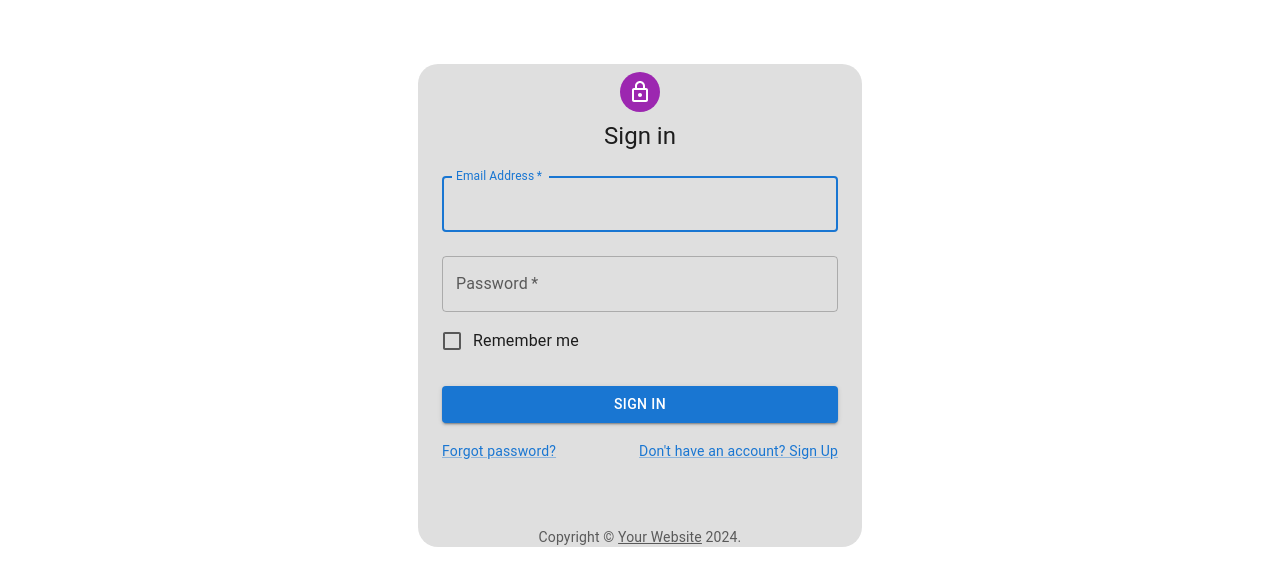
Repository: Milith97/Book-Borrowing-System
Page: /
The author's editor kept a copy of each file at every save. The page is drawn from the files as they stood at one save, then again after the next save.
The browser window is 1280 px wide. The pictures show the whole page.
The project was rebuilt for these pictures with package versions that can differ from the ones it lists, and the page was loaded fresh each time. Also part of the build but not shown: vite.config.js, src/Componnts/SignUp.jsx, src/index.css.

Above is the page before, as saved 2024-03-25 13:37:04.

### src/App.jsx
import React from 'react';
import { BrowserRouter as Router, Route, Routes, Navigate } from 'react-router-dom';
import SignIn from './Componnts/SignIn';
import SignUp from './Componnts/SignUp';

function App() {
  return (
    <Router>
      <Routes>
        <Route path="/" element={<Navigate replace to="/signin" />} />
        <Route path="/signin" element={<SignIn />} />
        <Route path="/signup" element={<SignUp />} />
        {/* Redirects any other path to /signin */}
        <Route path="*" element={<Navigate replace to="/signin" />} />
      </Routes>
    </Router>
  );
}

export default App;

### src/Componnts/SignIn.jsx
import * as React from 'react';
import Avatar from '@mui/material/Avatar';
import Button from '@mui/material/Button';
import CssBaseline from '@mui/material/CssBaseline';
import TextField from '@mui/material/TextField';
import FormControlLabel from '@mui/material/FormControlLabel';
import Checkbox from '@mui/material/Checkbox';
import Link from '@mui/material/Link';
import Grid from '@mui/material/Grid';
import Box from '@mui/material/Box';
import LockOutlinedIcon from '@mui/icons-material/LockOutlined';
import Typography from '@mui/material/Typography';
import Container from '@mui/material/Container';
import { Link as RouterLink } from 'react-router-dom';
import { createTheme, ThemeProvider } from '@mui/material/styles';

function Copyright(props) {
  return (
    <Typography variant="body2" color="text.secondary" align="center" {...props}>
      {'Copyright © '}
      <Link color="inherit" href="https://mui.com/">
        Your Website
      </Link>{' '}
      {new Date().getFullYear()}
      {'.'}
    </Typography>
  );
}

// TODO remove, this demo shouldn't need to reset the theme.

const defaultTheme = createTheme();

export default function SignIn() {
  const handleSubmit = (event) => {
    event.preventDefault();
    const data = new FormData(event.currentTarget);
    console.log({
      email: data.get('email'),
      password: data.get('password'),
    });
  };

  return (
    <ThemeProvider theme={defaultTheme}>
      <Container component="main" maxWidth="xs" sx={{ backgroundColor: '#dfdfdf',borderRadius:5,}}>
        <CssBaseline />
        <Box
          sx={{
            marginTop: 8,
            display: 'flex',
            flexDirection: 'column',
            alignItems: 'center',

          }}
        >
          <Avatar sx={{ m: 1, bgcolor: 'secondary.main' }}>
            <LockOutlinedIcon />
          </Avatar>
          <Typography component="h1" variant="h5">
            Sign in
          </Typography>
          <Box component="form" onSubmit={handleSubmit} noValidate sx={{ mt: 1 }}>
            <TextField
              margin="normal"
              required
              fullWidth
              id="email"
              label="Email Address"
              name="email"
              autoComplete="email"
              autoFocus
            />
            <TextField
              margin="normal"
              required
              fullWidth
              name="password"
              label="Password"
              type="password"
              id="password"
              autoComplete="current-password"
            />
            <FormControlLabel
              control={<Checkbox value="remember" color="primary" />}
              label="Remember me"
            />
            <Button
              type="submit"
              fullWidth
              variant="contained"
              sx={{ mt: 3, mb: 2 }}
            >
              Sign In
            </Button>
            <Grid container>
              <Grid item xs>
                <Link href="#" variant="body2">
                  Forgot password?
                </Link>
              </Grid>
              <Grid item>
                <Link component={RouterLink} to="/signup" variant="body2">
                  {"Don't have an account? Sign Up"}
                </Link>
              </Grid>
            </Grid>
          </Box>
        </Box>
        <Copyright sx={{ mt: 8, mb: 4 }} />
      </Container>
    </ThemeProvider>
  );
}

Loaded but not shown: index.html (common file); src/main.jsx (common file)

After the next save:
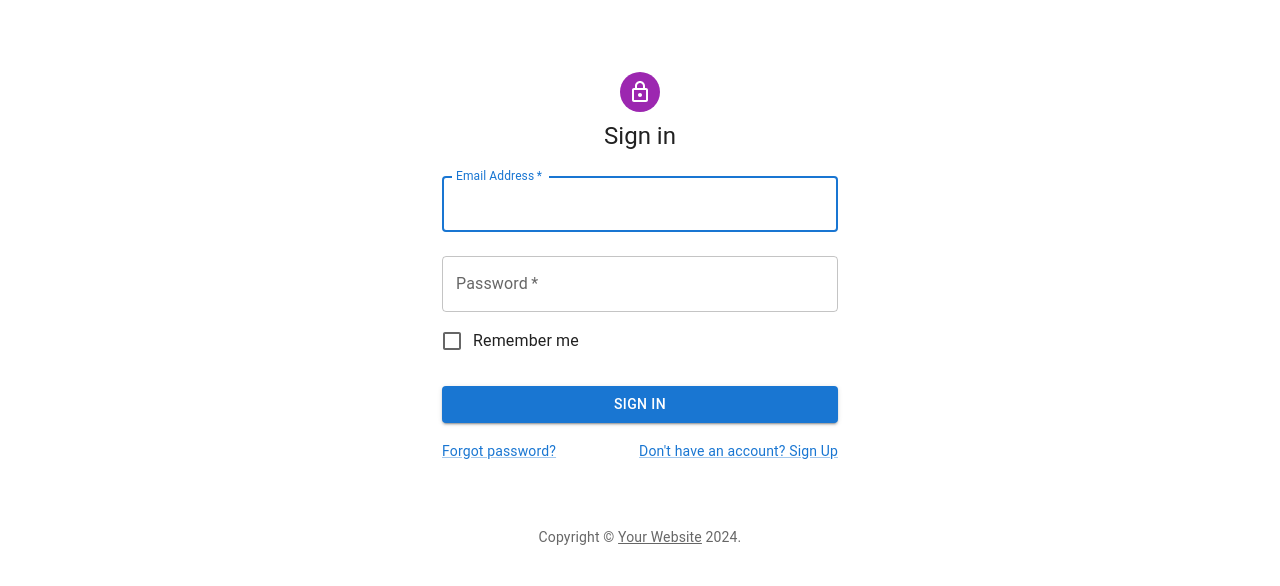
Saved 3 min 12 s later.
--- a/src/Componnts/SignIn.jsx
+++ b/src/Componnts/SignIn.jsx
@@ -43,7 +43,7 @@ export default function SignIn() {
 
   return (
     <ThemeProvider theme={defaultTheme}>
-      <Container component="main" maxWidth="xs" sx={{ backgroundColor: '#dfdfdf',borderRadius:5,}}>
+      <Container component="main" maxWidth="xs" sx={{ borderRadius:5,}}>
         <CssBaseline />
         <Box
           sx={{
